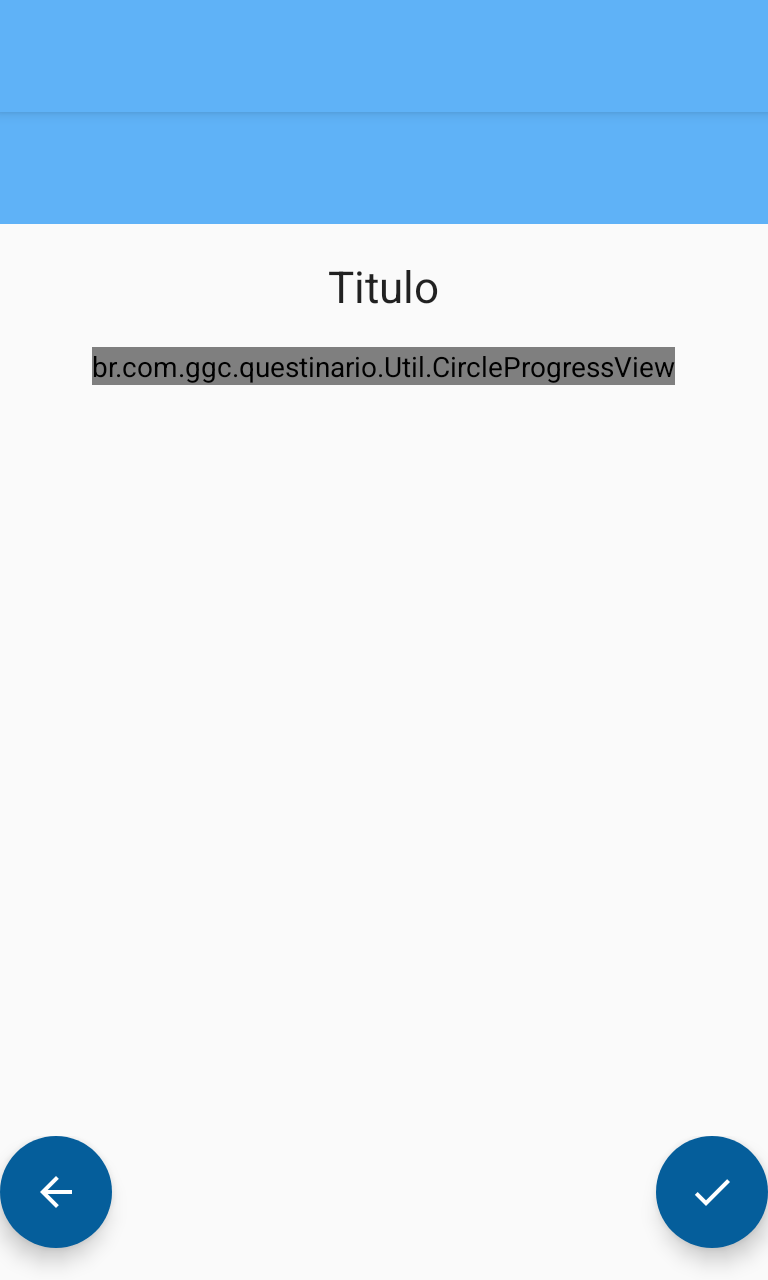
Repository: Gilson-Android/Questionario_App
Layout: Questinario/res/layout/activity_principal.xml
An editor plug-in stored every save of this project. The layout is shown before and after the next save, followed by the edit.
Pictures or frames that could not be fetched are drawn as grey boxes. It is drawn on a 768 x 1280 px phone screen (xhdpi) without system bars, with theme AppTheme; the app's code is not run.

Above is the layout before, as saved 2015-09-03 21:54:25.

### Questinario/res/layout/activity_principal.xml
<LinearLayout xmlns:android="http://schemas.android.com/apk/res/android"
    xmlns:app="http://schemas.android.com/apk/res/br.com.ggc.questinario"
    android:layout_width="fill_parent"
    android:layout_height="fill_parent"
    android:orientation="vertical" >

    <include
        android:id="@+id/toolbar"
        layout="@layout/tool_bar" >
    </include>

    <android.support.design.widget.TabLayout
        android:id="@+id/tab_layout"
        android:layout_width="match_parent"
        android:layout_height="wrap_content"
        android:layout_below="@+id/toolbar"
        android:minHeight="?attr/actionBarSize"
        android:theme="@style/ThemeOverlay.AppCompat.Dark.ActionBar"
        android:background="@color/Azul_Claro"
        app:tabGravity="fill"
        app:tabMode="scrollable" />

    <LinearLayout
        android:id="@+id/llQuetionario"
        android:layout_width="fill_parent"
        android:layout_height="0dp"
        android:layout_weight="1"
        android:orientation="vertical" >

        <TextView
            android:id="@+id/textCategoria"
            android:theme="@style/AppTheme"
            android:layout_width="wrap_content"
            android:layout_height="wrap_content"
            android:layout_gravity="center"
            android:layout_marginBottom="@dimen/activity_vertical_margin"
            android:layout_marginLeft="@dimen/activity_horizontal_margin"
            android:layout_marginRight="@dimen/activity_horizontal_margin"
            android:layout_marginTop="@dimen/activity_vertical_margin"
            android:text="Titulo"
            android:textAppearance="?android:attr/textAppearanceLarge" />

        <LinearLayout
            android:id="@+id/llEnvio"
            android:layout_width="fill_parent"
            android:layout_height="fill_parent"
            android:visibility="gone"
            android:orientation="vertical" >

            <android.support.design.widget.TextInputLayout
                android:id="@+id/text_Nome"
                android:layout_width="match_parent"
                android:layout_height="wrap_content" >
                <EditText
                    android:id="@+id/edNome"
                    android:layout_width="match_parent"
                    android:layout_height="wrap_content"
                    android:textColor="@color/Azul"
                	android:textColorHint="@color/Azul_Claro"
                    android:hint="Nome" />
            </android.support.design.widget.TextInputLayout>

            <android.support.design.widget.TextInputLayout
                android:id="@+id/text_email"
                android:layout_width="match_parent"
                android:layout_height="wrap_content" >
                <EditText
                    android:id="@+id/edEmail"
                    android:layout_width="match_parent"
                    android:layout_height="wrap_content"
                    android:hint="Email"
                    android:textColor="@color/Azul"
                	android:textColorHint="@color/Azul_Claro"
                    android:inputType="textEmailAddress" />
            </android.support.design.widget.TextInputLayout>
        </LinearLayout>

        <br.com.ggc.questinario.Util.CircleProgressView
            android:id="@+id/circleView"
            android:layout_width="wrap_content"
            android:layout_height="wrap_content"
            android:layout_gravity="center"
          	app:contourSize="0dp"
        	app:rimWidth="35dp"
        	app:rimColor="#B2DFDB"
        	app:barWidth="35dp"
        	app:barColor="#00796B"
        	app:showUnit="true"
       		app:unit="%"
        	app:unitColor="#009688"
        	app:textColor="#00796B"
            app:seekMode="true">
        </br.com.ggc.questinario.Util.CircleProgressView>
    </LinearLayout>

    <LinearLayout
        android:layout_width="fill_parent"
        android:layout_height="wrap_content" >

        <android.support.design.widget.FloatingActionButton
            xmlns:app="http://schemas.android.com/apk/res-auto"
            android:id="@+id/fabVoltar"
            android:layout_width="wrap_content"
            android:layout_height="wrap_content"
            android:layout_gravity="left|bottom"
            android:layout_marginBottom="16dp"
            android:onClick="onClickFabVoltar"
            android:src="@drawable/ic_voltar_branco_48dp"
            android:tint="@android:color/white"
            app:borderWidth="0dp" />

        <LinearLayout
            android:layout_width="0dp"
            android:layout_height="wrap_content"
            android:layout_weight="1" >
        </LinearLayout>

        <android.support.design.widget.FloatingActionButton
            xmlns:app="http://schemas.android.com/apk/res-auto"
            android:id="@+id/fabProximo"
            android:layout_width="wrap_content"
            android:layout_height="wrap_content"
            android:layout_gravity="right|bottom"
            android:layout_marginBottom="16dp"
            android:onClick="onClickFabProximo"
            android:src="@drawable/ic_concluido_ordem"
            android:tint="@android:color/white"
            app:borderWidth="0dp" />
    </LinearLayout>

</LinearLayout>

### Questinario/res/values/styles.xml
<?xml version="1.0" encoding="utf-8"?>
<resources xmlns:android="http://schemas.android.com/apk/res/android">

    <style name="AppTheme" parent="@style/Theme.AppCompat.Light.NoActionBar">
        <item name="colorPrimary">@color/Azul_Claro</item>
        <item name="colorPrimaryDark">@color/colorPrimaryDark</item>
        <item name="colorAccent">@color/Azul</item>

        <item name="android:textColorHint">@color/Azul</item>
        <item name="colorControlNormal">@color/colorControlNormal</item>
        <item name="colorControlActivated">@color/colorControlNormal</item>
        <item name="colorControlHighlight">@color/colorPrimaryDark</item>
    </style>

</resources>

### Questinario/res/values/color.xml
<?xml version="1.0" encoding="utf-8"?>
<resources>

    <color name="Azul_Claro">#5fb2f7</color>
    <color name="Azul"> #055e9b</color>
    <color name="light_gray_header_color">#646663</color>
     <color name="colorControlNormal">#25638e</color>
     <color name="colorPrimaryDark">#8bcdfb</color>

</resources>

### Questinario/res/layout/tool_bar.xml
<?xml version="1.0" encoding="utf-8"?>
<android.support.v7.widget.Toolbar xmlns:android="http://schemas.android.com/apk/res/android"
    android:layout_width="match_parent"
    android:layout_height="wrap_content"
    app:titleTextColor="@android:color/white"
    android:background="@color/Azul_Claro"
    android:theme="@style/ThemeOverlay.AppCompat.Dark"
    android:elevation="4dp"
    xmlns:app="http://schemas.android.com/apk/res/br.com.ggc.questinario">

</android.support.v7.widget.Toolbar>

Loaded but not shown: Questinario/res/values/dimens.xml (common file); Questinario/res/values-w820dp/dimens.xml (common file)

After the next save:
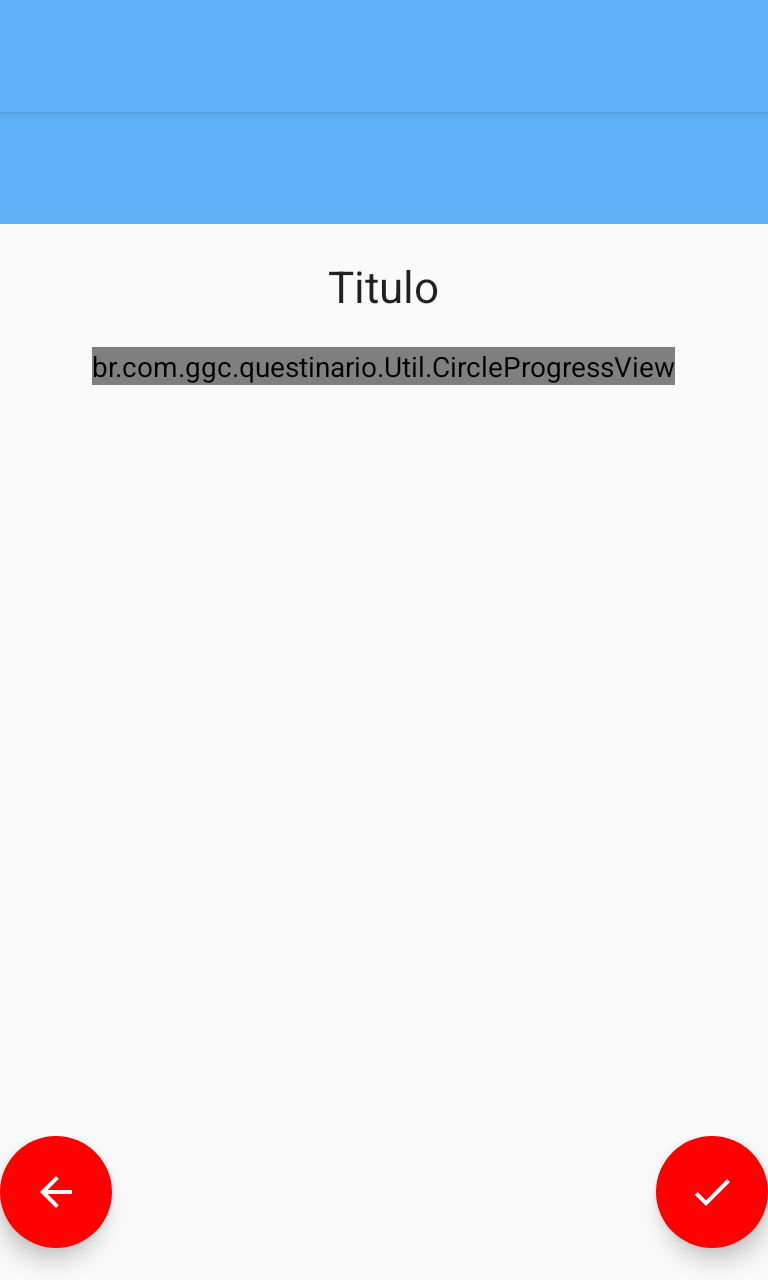
Saved 51 s later.
--- a/Questinario/res/values/styles.xml
+++ b/Questinario/res/values/styles.xml
@@ -2,14 +2,17 @@
 <resources xmlns:android="http://schemas.android.com/apk/res/android">
 
     <style name="AppTheme" parent="@style/Theme.AppCompat.Light.NoActionBar">
-        <item name="colorPrimary">@color/Azul_Claro</item>
-        <item name="colorPrimaryDark">@color/colorPrimaryDark</item>
-        <item name="colorAccent">@color/Azul</item>
-
-        <item name="android:textColorHint">@color/Azul</item>
-        <item name="colorControlNormal">@color/colorControlNormal</item>
-        <item name="colorControlActivated">@color/colorControlNormal</item>
-        <item name="colorControlHighlight">@color/colorPrimaryDark</item>
+        <item name="colorPrimary">#3F51B5</item>
+        <item name="colorPrimaryDark">#FF0066</item>
+        <item name="colorAccent">#FF0000</item>
     </style>
 
+    <style name="Base.Theme.DesignDemo" parent="Theme.AppCompat.Light.NoActionBar">
+        <item name="colorPrimary">#671111</item>
+        <item name="colorPrimaryDark">#512DA8</item>
+        <item name="colorAccent">#FF4081</item>
+        <item name="android:windowBackground">@color/Azul_Claro</item>
+    </style>
+
+
 </resources>
